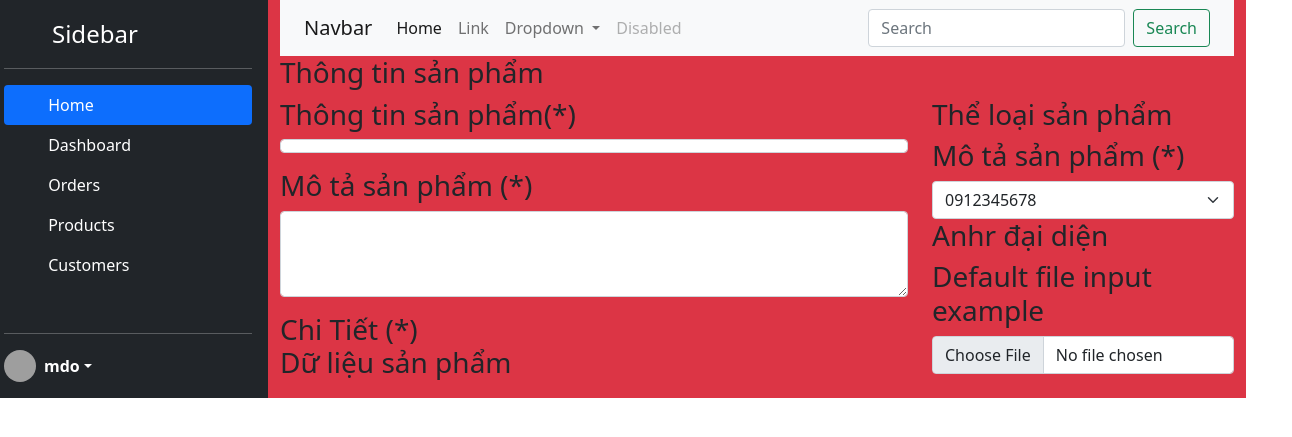
Repository: Lehuyhuynh/BT12-BOOTSTRAP
Page: index.html
An editor plug-in stored every save of this project. The page is shown before and after the next save, followed by the edit.
The browser window is 1280 px wide. The page is 1292 px wide, so the pictures cover 1292 px, including what lies to the right of the window. The pictures show the whole page.
Pictures or frames that could not be fetched are drawn as grey boxes.

Above is the page before, as saved 2023-08-19 22:42:12.

After the next save:
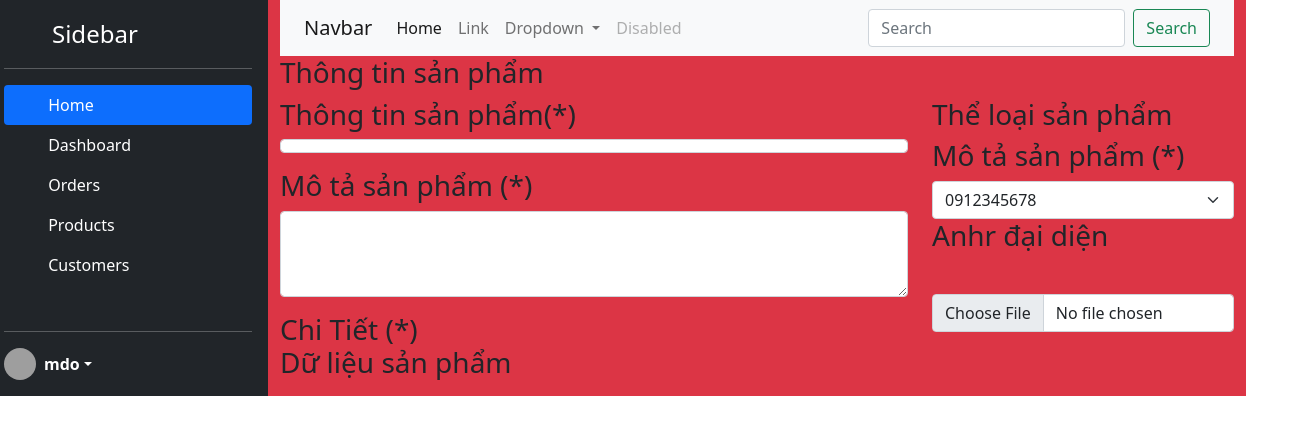
Saved 20 s later.
--- a/index.html
+++ b/index.html
@@ -153,7 +153,7 @@
 
                 <h3>Anhr đại diện</h3>
                 <div class="mb-3">
-                  <label for="formFile" class="form-label">Default file input example</label>
+                  <label for="formFile" class="form-label"></label>
                   <input class="form-control" type="file" id="formFile">
                 </div>
               </div>
